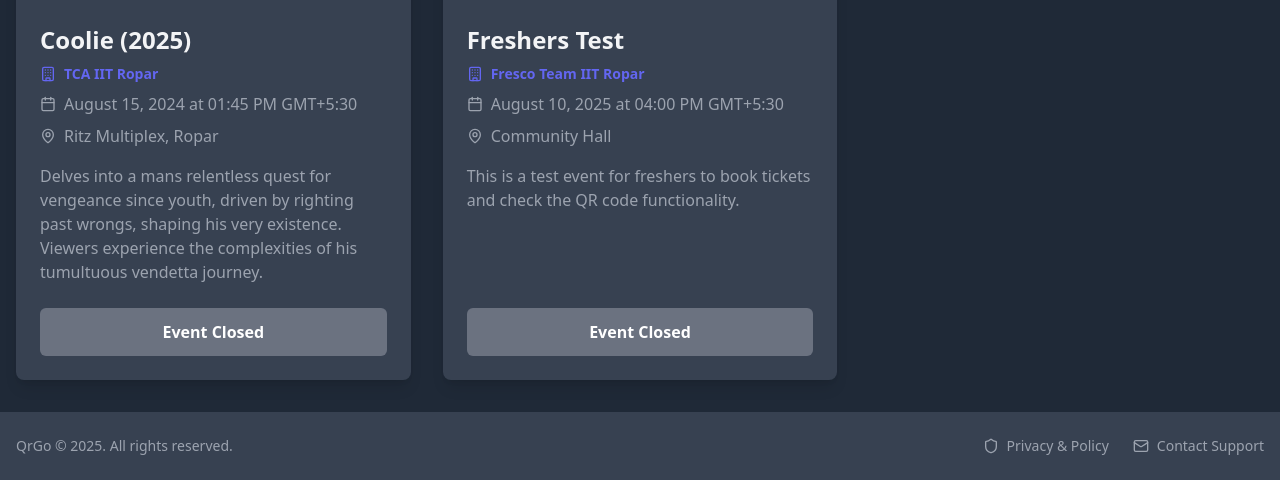
Repository: Dhakshin2007/QrGo
Page: /
An editor plug-in stored every save of this project. The page is shown before and after the next save, followed by the edit.
The browser window is 1280 px wide. The pictures show the part of the page from y = 1872 to 2352 px (the page is 2352 px tall).
Some web libraries are served in a nearby version. The project was rebuilt for these pictures with package versions that can differ from the ones it lists, and the page was loaded fresh each time. Also part of the build but not shown: vite.config.ts, pages/BookingPage.tsx, components/TicketCard.tsx, pages/MyTicketsPage.tsx, services/aiService.ts, pages/AdminPage.tsx, pages/PrivacyPolicyPage.tsx.

Above is the page before, as saved 2025-08-18 17:12:46.

### index.html
<!DOCTYPE html>
<html lang="en">
  <head>
    <meta name="description" content="Website Used to Host Events and Book Tickets and Inbuild scanning. If You want to Host an Event, Contact Us." />
<meta name="keywords" content="QrGo , QrGo Startup ,QrGo IIT Ropar , QrGo IIT , iit ropar Startup , qrgo event , Events IIT Ropar,Tickets , District , Paytm , Zomato , Ticket Booking , Event Hosting ,  Telugu Students IIT, IIT Ropar culture, IIT Ropar">
<meta name="author" content="Kotha Dhakshin">
<meta property="og:title" content="QrGo - Event Ticket Hosting Platform" />
<meta property="og:description" content="Official site for QrGo. Events, Bookings, and student details." />
<meta property="og:url" content="https://qrgo-weld.vercel.app/" />
<meta property="og:type" content="website" />
<meta property="og:image" content="#" />

  <meta charset="UTF-8" />
    <link rel="icon" type="image/png" href = "https://i.postimg.cc/qqd3M6cN/Google-AI-Studio-2025-08-09-T14-17-15-618-Z.png" />
    <meta name="viewport" content="width=device-width, initial-scale=1.0" />
    <title>QrGo</title>
    <script src="https://cdn.tailwindcss.com"></script>
    <script>
      tailwind.config = {
        theme: {
          extend: {
            colors: {
              'primary': '#14b8a6', // teal-500
              'primary-focus': '#0d9488', // teal-600
              'background': '#1f2937', // gray-800
              'surface': '#374151', // gray-700
              'on-surface': '#f3f4f6', // gray-200
              'on-surface-secondary': '#9ca3af', // gray-400
              'accent': '#6366f1', // indigo-500
            }
          }
        }
      }
    </script>
    <!-- html5-qrcode library -->
    <script src="https://unpkg.com/html5-qrcode" type="text/javascript"></script>
  <script type="importmap">
{
  "imports": {
    "react-router-dom": "https://esm.sh/react-router-dom@^7.8.0",
    "react-dom/": "https://esm.sh/react-dom@^19.1.1/",
    "react/": "https://esm.sh/react@^19.1.1/",
    "react": "https://esm.sh/react@^19.1.1",
    "lucide-react": "https://esm.sh/lucide-react@^0.539.0",
    "html5-qrcode": "https://esm.sh/html5-qrcode@^2.3.8",
    "qrcode": "https://esm.sh/qrcode@^1.5.4",
    "@supabase/supabase-js": "https://esm.sh/@supabase/supabase-js@2",
    "@google/genai": "https://esm.sh/@google/genai@^1.13.0"
  }
}
</script>
</head>
  <body class="bg-background text-on-surface">
    <div id="root"></div>
    <script type="module" src="/index.tsx"></script>
  </body>
</html>

### index.tsx

import React from 'react';
import ReactDOM from 'react-dom/client';
import App from './App';
import { ClerkProvider } from "@clerk/clerk-react";

const rootElement = document.getElementById('root');
if (!rootElement) {
  throw new Error("Could not find root element to mount to");
}


const root = ReactDOM.createRoot(rootElement);
root.render(
  <React.StrictMode>
    <App />
  </React.StrictMode>
);

### App.tsx


import React, { createContext, useContext, useState, useEffect, useCallback, ReactNode } from 'react';
import * as ReactRouterDOM from 'react-router-dom';
import HomePage from './pages/HomePage';
import BookingPage from './pages/BookingPage';
import MyTicketsPage from './pages/MyTicketsPage';
import AdminPage from './pages/AdminPage';
import PrivacyPolicyPage from './pages/PrivacyPolicyPage';
import Header from './components/Header';
import { ToastProvider } from './contexts/ToastContext';
import { AuthProvider } from './contexts/AuthContext';
import Toast from './components/Toast';
import { Mail, Shield } from 'lucide-react';
import { Event, EventStatus } from './types';
import { db } from './services/db';

// --- Event Context for Global State Management ---

interface EventContextType {
  events: Event[];
  isLoading: boolean;
  updateEventStatus: (eventId: string, newStatus: EventStatus) => void;
}

const EventContext = createContext<EventContextType | undefined>(undefined);

export const EventProvider: React.FC<{ children: ReactNode }> = ({ children }) => {
  const [events, setEvents] = useState<Event[]>([]);
  const [isLoading, setIsLoading] = useState(true);

  useEffect(() => {
    const fetchEvents = async () => {
      try {
        const initialEvents = await db.getEvents();
        setEvents(initialEvents);
      } catch (error) {
        console.error("Failed to fetch initial events:", error);
      } finally {
        setIsLoading(false);
      }
    };
    fetchEvents();
  }, []);

  const updateEventStatus = useCallback((eventId: string, newStatus: EventStatus) => {
    setEvents(currentEvents =>
      currentEvents.map(event =>
        event.id === eventId ? { ...event, status: newStatus } : event
      )
    );
  }, []);

  return (
    <EventContext.Provider value={{ events, isLoading, updateEventStatus }}>
      {children}
    </EventContext.Provider>
  );
};

export const useEvents = () => {
  const context = useContext(EventContext);
  if (!context) {
    throw new Error('useEvents must be used within an EventProvider');
  }
  return context;
};


// --- Main App Component ---

const App: React.FC = () => {
  return (
    <ToastProvider>
      <AuthProvider>
        <EventProvider>
          <ReactRouterDOM.HashRouter>
            <div className="min-h-screen flex flex-col bg-background">
              <Header />
              <main className="flex-grow container mx-auto px-4 py-8">
                <ReactRouterDOM.Routes>
                  <ReactRouterDOM.Route path="/" element={<HomePage />} />
                  <ReactRouterDOM.Route path="/book/:eventId" element={<BookingPage />} />
                  <ReactRouterDOM.Route path="/my-tickets" element={<MyTicketsPage />} />
                  <ReactRouterDOM.Route path="/admin" element={<AdminPage />} />
                  <ReactRouterDOM.Route path="/privacy-policy" element={<PrivacyPolicyPage />} />
                </ReactRouterDOM.Routes>
              </main>
              <footer className="bg-surface mt-auto py-6 px-4">
                <div className="container mx-auto flex flex-col sm:flex-row justify-between items-center text-on-surface-secondary text-sm gap-4">
                    <p className="text-center sm:text-left">QrGo &copy; 2025. All rights reserved.</p>
                    <div className="flex items-center gap-6">
                        <ReactRouterDOM.Link to="/privacy-policy" className="hover:text-primary transition-colors flex items-center gap-2">
                            <Shield size={16} /> Privacy & Policy
                        </ReactRouterDOM.Link>
                        <a href="mailto:kothadhakshin123@gmail.com" className="hover:text-primary transition-colors flex items-center gap-2">
                            <Mail size={16} /> Contact Support
                        </a>
                    </div>
                </div>
              </footer>
            </div>
          </ReactRouterDOM.HashRouter>
          <Toast />
        </EventProvider>
      </AuthProvider>
    </ToastProvider>
  );
};

export default App;

### components/Header.tsx

import React from 'react';
import * as ReactRouterDOM from 'react-router-dom';
import { Ticket, ShieldCheck, CalendarDays, QrCode } from 'lucide-react';
import { LOGO_URL } from '../constants';

const Header: React.FC = () => {
  const activeLinkClass = "bg-primary text-white";
  const inactiveLinkClass = "text-on-surface hover:bg-surface";

  const navLinkClasses = ({ isActive }: { isActive: boolean }) =>
    `${isActive ? activeLinkClass : inactiveLinkClass} p-2 md:px-4 md:py-2 rounded-md font-semibold transition-colors duration-200 flex items-center gap-2`;

  return (
    <header className="bg-surface shadow-md sticky top-0 z-50">
      <nav className="container mx-auto px-4 py-3 flex justify-between items-center">
        <ReactRouterDOM.Link to="/" className="flex items-center gap-3 text-2xl font-bold text-primary">
          {LOGO_URL ? (
            <img src={LOGO_URL} alt="QrGo Logo" className="h-8 w-auto" />
          ) : (
            <QrCode size={28} />
          )}
          <span className="hidden sm:inline">QrGo</span>
        </ReactRouterDOM.Link>
        <div className="flex items-center gap-2">
          <ReactRouterDOM.NavLink
            to="/"
            className={navLinkClasses}
            title="Events"
          >
            <CalendarDays size={18}/> <span className="hidden md:inline">Events</span>
          </ReactRouterDOM.NavLink>
          <ReactRouterDOM.NavLink
            to="/my-tickets"
            className={navLinkClasses}
            title="My Tickets"
          >
            <Ticket size={18}/> <span className="hidden md:inline">My Tickets</span>
          </ReactRouterDOM.NavLink>
          <ReactRouterDOM.NavLink
            to="/admin"
            className={navLinkClasses}
            title="Organizer Admin"
          >
            <ShieldCheck size={18}/> <span className="hidden md:inline">Organizer Admin</span>
          </ReactRouterDOM.NavLink>
        </div>
      </nav>
    </header>
  );
};

export default Header;

### contexts/ToastContext.tsx
import React, { createContext, useState, useContext, ReactNode, useCallback, useRef } from 'react';

type ToastType = 'success' | 'error' | 'info';

interface ToastState {
  message: string;
  type: ToastType;
  isVisible: boolean;
}

interface ToastContextType {
  showToast: (message: string, type: ToastType) => void;
  toastConfig: ToastState | null;
}

const ToastContext = createContext<ToastContextType | undefined>(undefined);

export const ToastProvider: React.FC<{ children: ReactNode }> = ({ children }) => {
  const [toastConfig, setToastConfig] = useState<ToastState | null>(null);
  const timeoutIdRef = useRef<number | null>(null);

  const showToast = useCallback((message: string, type: ToastType) => {
    if (timeoutIdRef.current) {
      clearTimeout(timeoutIdRef.current);
    }
    setToastConfig({ message, type, isVisible: true });

    timeoutIdRef.current = window.setTimeout(() => {
      setToastConfig(prev => prev ? { ...prev, isVisible: false } : null);
      timeoutIdRef.current = null;
    }, 4000);
  }, []);


  return (
    <ToastContext.Provider value={{ showToast, toastConfig }}>
      {children}
    </ToastContext.Provider>
  );
};

export const useToast = () => {
  const context = useContext(ToastContext);
  if (context === undefined) {
    throw new Error('useToast must be used within a ToastProvider');
  }
  return context;
};

### contexts/AuthContext.tsx
import React, { createContext, useState, useContext, ReactNode, useCallback } from 'react';
import { Organizer } from '../types';

interface AuthState {
  isUserLoggedIn: boolean;
  userEmail: string | null;
  userPin: string | null;
  loggedInOrganizer: Organizer | null;
  loginUser: (email: string, pin: string) => void;
  logoutUser: () => void;
  loginOrganizer: (username: string, secretId: string) => boolean;
  logoutOrganizer: () => void;
}

const AuthContext = createContext<AuthState | undefined>(undefined);

// --- Security Note ---
// In a real production application, this organizer data should NOT be hardcoded here.
// It should be loaded securely, for example, from environment variables on a server
// or from a secure configuration service. This prevents sensitive credentials from
// being exposed in the client-side code.
// Example for a Node.js environment:
// const ORGANIZERS = JSON.parse(process.env.ORGANIZERS_JSON || '[]');
export const ORGANIZERS: Organizer[] = [
  { id: 'super-admin', username: 'Dhakshin', name: 'QrGo Platform', logoUrl: 'https://i.postimg.cc/zf6Twfjr/Qr-Go-Logo.png', secretId: 'Dk07' },
  { id: 'org-1', username: 'TCA', name: 'TCA IIT Ropar', logoUrl: 'https://i.postimg.cc/02kPf0r8/TCA-Logo.jpg', secretId: 'tca@2334' },
  { id: 'org-2', username: 'Fresco', name: 'Fresco Team IIT Ropar', logoUrl: 'https://i.postimg.cc/d1wN8tB3/Tech-Con.png', secretId: 'Fresco123' }
];


export const AuthProvider: React.FC<{ children: ReactNode }> = ({ children }) => {
  const [isUserLoggedIn, setIsUserLoggedIn] = useState(false);
  const [userEmail, setUserEmail] = useState<string | null>(null);
  const [userPin, setUserPin] = useState<string | null>(null);
  const [loggedInOrganizer, setLoggedInOrganizer] = useState<Organizer | null>(null);

  const loginUser = (email: string, pin:string) => {
    setUserEmail(email.toLowerCase());
    setUserPin(pin);
    setIsUserLoggedIn(true);
  };

  const logoutUser = () => {
    setIsUserLoggedIn(false);
    setUserEmail(null);
    setUserPin(null);
  };

  const loginOrganizer = useCallback((username: string, secretId: string): boolean => {
    const organizer = ORGANIZERS.find(
        org => org.username.toLowerCase() === username.toLowerCase() && org.secretId === secretId
    );
    if (organizer) {
        setLoggedInOrganizer(organizer);
        return true;
    }
    return false;
  }, []);

  const logoutOrganizer = () => {
      setLoggedInOrganizer(null);
  };

  return (
    <AuthContext.Provider value={{ isUserLoggedIn, userEmail, userPin, loggedInOrganizer, loginUser, logoutUser, loginOrganizer, logoutOrganizer }}>
      {children}
    </AuthContext.Provider>
  );
};

export const useAuth = () => {
  const context = useContext(AuthContext);
  if (context === undefined) {
    throw new Error('useAuth must be used within an AuthProvider');
  }
  return context;
};

### components/Toast.tsx
import React from 'react';
import { useToast } from '../contexts/ToastContext';
import { CheckCircle, XCircle, Info } from 'lucide-react';

const icons = {
  success: <CheckCircle className="text-green-400" size={24} />,
  error: <XCircle className="text-red-400" size={24} />,
  info: <Info className="text-blue-400" size={24} />,
};

const bgColors = {
  success: 'bg-green-500/20 border-green-500',
  error: 'bg-red-500/20 border-red-500',
  info: 'bg-blue-500/20 border-blue-500',
};

const Toast: React.FC = () => {
  const { toastConfig } = useToast();

  if (!toastConfig) {
    return null;
  }

  const { message, type, isVisible } = toastConfig;

  return (
    <div
      aria-live="assertive"
      className={`fixed bottom-5 right-5 z-50 transition-all duration-300 ease-in-out ${isVisible ? 'opacity-100 translate-y-0' : 'opacity-0 translate-y-4'}`}
    >
      <div className={`flex items-center gap-4 p-4 rounded-lg shadow-lg border-l-4 text-on-surface bg-surface ${bgColors[type]}`}>
        <div>{icons[type]}</div>
        <p className="font-semibold">{message}</p>
      </div>
    </div>
  );
};

export default Toast;

### components/EventCard.tsx


import React from 'react';
import * as ReactRouterDOM from 'react-router-dom';
import { Event, EventStatus } from '../types';
import { Calendar, MapPin, Building } from 'lucide-react';
import { ORGANIZERS } from '../contexts/AuthContext';

interface EventCardProps {
  event: Event;
}

const EventCard: React.FC<EventCardProps> = ({ event }) => {
  const organizer = ORGANIZERS.find(o => o.id === event.organizerId);

  return (
    <div className="bg-surface rounded-lg overflow-hidden shadow-lg hover:shadow-primary/50 transition-shadow duration-300 flex flex-col">
      <img src={event.image} alt={event.name} className="w-full h-48 object-cover" />
      <div className="p-6 flex flex-col flex-grow">
        <h3 className="text-2xl font-bold mb-2 text-on-surface">{event.name}</h3>
        {organizer && (
          <div className="flex items-center gap-2 text-sm text-accent mb-2 font-semibold">
            <Building size={16} />
            <span>{organizer.name}</span>
          </div>
        )}
        <div className="flex items-center gap-2 text-on-surface-secondary mb-2">
          <Calendar size={16} />
          <span>{new Date(event.date).toLocaleString('en-US', { year: 'numeric', month: 'long', day: 'numeric', hour: '2-digit', minute: '2-digit', timeZone: 'Asia/Kolkata', timeZoneName: 'short' })}</span>
        </div>
        <div className="flex items-center gap-2 text-on-surface-secondary mb-4">
          <MapPin size={16} />
          <span>{event.venue}</span>
        </div>
        <p className="text-on-surface-secondary mb-6 flex-grow">{event.description}</p>

        {event.status === EventStatus.Ongoing ? (
          <ReactRouterDOM.Link to={`/book/${event.id}`} className="mt-auto text-center w-full bg-primary text-white font-bold py-3 px-6 rounded-md hover:bg-primary-focus transition-colors duration-300">
            Book Now
          </ReactRouterDOM.Link>
        ) : (
          <button
            disabled
            className="mt-auto text-center w-full bg-gray-500 text-white font-bold py-3 px-6 rounded-md cursor-not-allowed"
          >
            {(() => {
              switch (event.status) {
                case EventStatus.Upcoming:
                  return 'Coming Soon';
                case EventStatus.Closed:
                  return 'Event Closed';
                case EventStatus.BookingStopped:
                  return 'Booking Stopped';
                default:
                  return 'Unavailable';
              }
            })()}
          </button>
        )}
      </div>
    </div>
  );
};

export default EventCard;

### types.ts

export type Organizer = {
  id: string;
  username: string;
  name: string;
  logoUrl: string;
  secretId: string;
};

export enum BookingStatus {
  Pending = 'Pending',
  Confirmed = 'Confirmed',
  Rejected = 'Rejected',
}

export enum EventStatus {
  Upcoming = 'Upcoming',
  Ongoing = 'Ongoing',
  BookingStopped = 'Booking Stopped',
  Closed = 'Closed',
}

export type Event = {
  id: string;
  organizerId: string;
  name: string;
  date: string;
  venue: string;
  venueMapLink?: string;
  description: string;
  image: string;
  status: EventStatus;
  price?: number;
  remarks?: string;
  requiresEntryNumber?: boolean;
  upiId?: string;
  upiLink?: string;
  qrCodeImage?: string;
};

export type Booking = {
  id: string;
  eventId: string;
  userName: string;
  userEmail: string;
  userPhone: string;
  entryNumber: string | null;
  transactionId: string | null;
  paymentProof: string | null; // Public URL to the image in Supabase Storage
  pin: string; // Should be hashed on a real backend
  status: BookingStatus;
  checkedIn: boolean;
  createdAt: string;
};

### constants.ts
import { Event, Organizer, EventStatus } from './types';

// To use your own logo, paste the URL here. It will be displayed on the top left of the header.
// For best results, use a transparent PNG or SVG.
// Example: export const LOGO_URL = 'https://example.com/my-logo.svg';
export const LOGO_URL = 'https://i.postimg.cc/qqd3M6cN/Google-AI-Studio-2025-08-09-T14-17-15-618-Z.png';

// The ORGANIZERS array has been moved to contexts/AuthContext.tsx to better
// simulate secure handling of credentials and prevent them from being in a
// easily accessible constants file. In a production environment, these should
// be loaded from secure environment variables.


export const EVENTS: Event[] = [
  {
    id: 'Coolie-2025',
    organizerId: 'org-1',
    name: 'Coolie (2025)',
    date: '2024-08-15T08:15:00Z',
    venue: 'Ritz Multiplex, Ropar',
    venueMapLink: 'https://maps.app.goo.gl/X12Dntqj1eRzVzra7',
    description: 'Delves into a mans relentless quest for vengeance since youth, driven by righting past wrongs, shaping his very existence. Viewers experience the complexities of his tumultuous vendetta journey.',
    image: 'https://i.postimg.cc/htdst9V0/coolie.jpg',
    status: EventStatus.Closed,
    price: 180,
    remarks: 'Please be before 20min of Show Time ! 💓',
    upiId: 'No Bookings Are Accepted',
    upiLink: 'upi://pay?pa=deepakteja9206@axl&pn=Coolie%20(2025)%20Booking&am=180&cu=INR',
    qrCodeImage: '#'
  },
  // {
  //   id: 'dev-summit-2025',
  //   organizerId: 'org-2',
  //   name: 'Global Dev Summit',
  //   date: '2025-10-20T09:00:00Z',
  //   venue: 'Metro Convention Center',
  //   description: 'A global gathering of developers, engineers, and tech leaders to discuss the latest trends in software development, cloud computing, and more.',
  //   image: 'https://images.unsplash.com/photo-1540575467063-178a50c2df87?q=80&w=2070&auto=format&fit=crop',
  //   status: EventStatus.Upcoming,
  //   upiId: 'devsummit@upi',
  //   upiLink: 'upi://pay?pa=devsummit@upi&pn=Dev%20Summit%20Booking&am=500&cu=INR',
  //   qrCodeImage: 'https://api.qrserver.com/v1/create-qr-code/?size=200x200&data=upi://pay?pa=devsummit@upi&pn=Dev%20Summit'
  // },
  {
    id: 'Fresco-2k25',
    organizerId: 'org-2',
    name: 'Freshers Test',
    date: '2025-08-10T10:30:00Z',
    venue: 'Community Hall',
    description: 'This is a test event for freshers to book tickets and check the QR code functionality.',
    image: 'https://images.unsplash.com/photo-1587620962725-abab7fe55159?q=80&w=2070&auto=format&fit=crop',
    status: EventStatus.Closed,
    requiresEntryNumber: true,
    // Notice upiId, upiLink, and qrCodeImage are not included
  },
  {
    id: 'linkedin-test',
    organizerId: 'super-admin',
    name: 'Linkedin Test',
    date: '2025-08-11T10:30:00Z',
    venue: 'Online Event',
    description: 'This is a test event for Linkedin Users to book tickets and check the QR code functionality.',
    image: 'https://i.postimg.cc/g0Yp4zGw/tst.jpg',
    status: EventStatus.Ongoing,
    requiresEntryNumber: false,
    // Notice upiId, upiLink, and qrCodeImage are not included
  },
  // {
  //   id: 'alfaaz-test',
  //   organizerId: 'org-2',
  //   name: 'Alfaaz Test',
  //   date: '2025-08-11T16:45:00Z',
  //   venue: 'Lecture Hall Complex',
  //   description: 'This is a test event for Alfaaz Attendants to book tickets and check the QR code functionality.',
  //   image: 'https://i.postimg.cc/3xC43b7M/image.png',
  //   status: EventStatus.Ongoing,
  //   requiresEntryNumber: false,
  //   // Notice upiId, upiLink, and qrCodeImage are not included
  // },
  {
    id: 'Zeitgeist-2025',
    organizerId: 'org-1',
    name: 'Zeitgeist IIT Ropar Cultural Fest',
    date: '2025-10-25T13:30:00Z', // Displays as 7:00 PM IST
    venue: 'IIT Ropar Campus',
    description: 'Experience a night of unforgettable music under the stars with top indie bands. Food trucks and merch available.',
    image: 'https://images.unsplash.com/photo-1514525253161-7a46d19cd819?q=80&w=1974&auto=format&fit=crop',
    status: EventStatus.Upcoming,
    price: 350,
    upiId: 'musicfest@upi',
    upiLink: 'upi://pay?pa=musicfest@upi&pn=Indie%20Music%20Fest&am=350&cu=INR',
    qrCodeImage: 'https://api.qrserver.com/v1/create-qr-code/?size=200x200&data=upi://pay?pa=musicfest@upi&pn=Indie%20Music%20Fest'
  },
  // {
  //   id: 'food-carnival-2025',
  //   organizerId: 'org-1',
  //   name: 'Gourmet Food Carnival',
  //   date: '2025-09-05T06:30:00Z', // Displays as 12:00 PM IST
  //   venue: 'Exhibition Grounds',
  //   description: 'A paradise for food lovers. Taste cuisines from around the world, watch live cooking demos, and enjoy a day of culinary delight.',
  //   image: 'https://images.unsplash.com/photo-1555939594-58d7cb561ad1?q=80&w=1974&auto=format&fit=crop',
  //   status: EventStatus.Closed,
  //   price: 150,
  //   upiId: 'foodfest@upi',
  //   upiLink: 'upi://pay?pa=foodfest@upi&pn=Gourmet%20Food%20Carnival&am=150&cu=INR',
  //   qrCodeImage: 'https://api.qrserver.com/v1/create-qr-code/?size=200x200&data=upi://pay?pa=foodfest@upi&pn=Gourmet%20Food%20Carnival'
  // },
  // {
  //   id: 'art-expo-2025',
  //   organizerId: 'org-1',
  //   name: 'Modern Art Expo',
  //   date: '2025-11-01T05:30:00Z', // Displays as 11:00 AM IST
  //   venue: 'Grand Art Gallery',
  //   description: 'Explore stunning works from contemporary artists. The expo features paintings, sculptures, and interactive installations.',
  //   image: 'https://images.unsplash.com/photo-1536924940846-227afb31e2a5?q=80&w=2066&auto=format&fit=crop',
  //   status: EventStatus.Ongoing,
  //   price: 200,
  //   upiId: 'artexpo@upi',
  //   upiLink: 'upi://pay?pa=artexpo@upi&pn=Modern%20Art%20Expo&am=200&cu=INR',
  //   qrCodeImage: 'https://api.qrserver.com/v1/create-qr-code/?size=200x200&data=upi://pay?pa=artexpo@upi&pn=Modern%20Art%20Expo'
  // }
];

Loaded but not shown: services/db.ts (374 lines, source omitted); pages/HomePage.tsx (116 lines, source omitted); services/supabaseClient.ts (141 lines, source omitted)

After the next save:
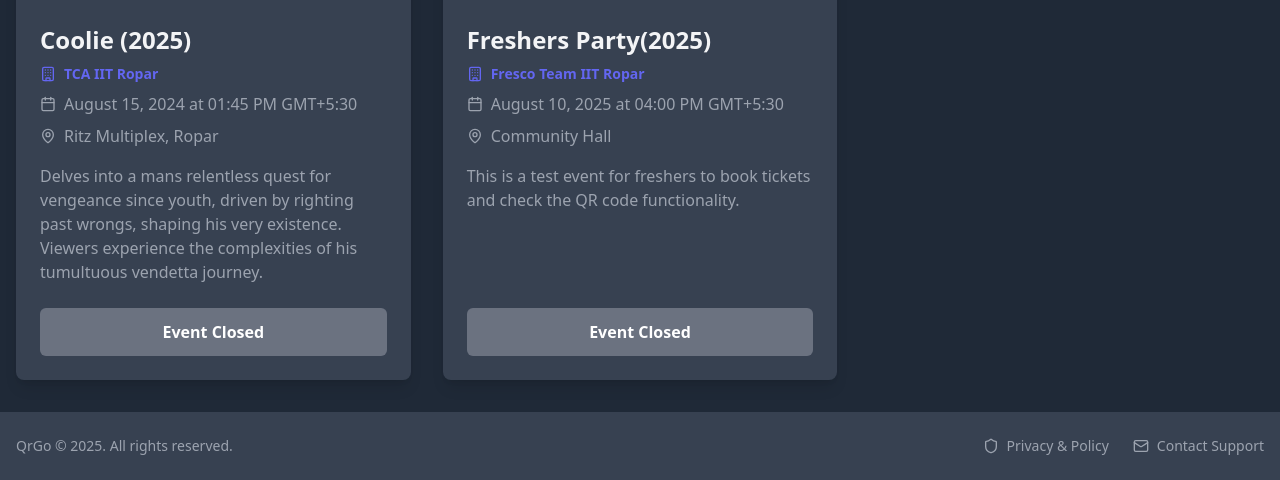
Saved 8 s later.
--- a/constants.ts
+++ b/constants.ts
@@ -44,7 +44,7 @@
   {
     id: 'Fresco-2k25',
     organizerId: 'org-2',
-    name: 'Freshers Test',
+    name: 'Freshers Party(2025)',
     date: '2025-08-10T10:30:00Z',
     venue: 'Community Hall',
     description: 'This is a test event for freshers to book tickets and check the QR code functionality.',
